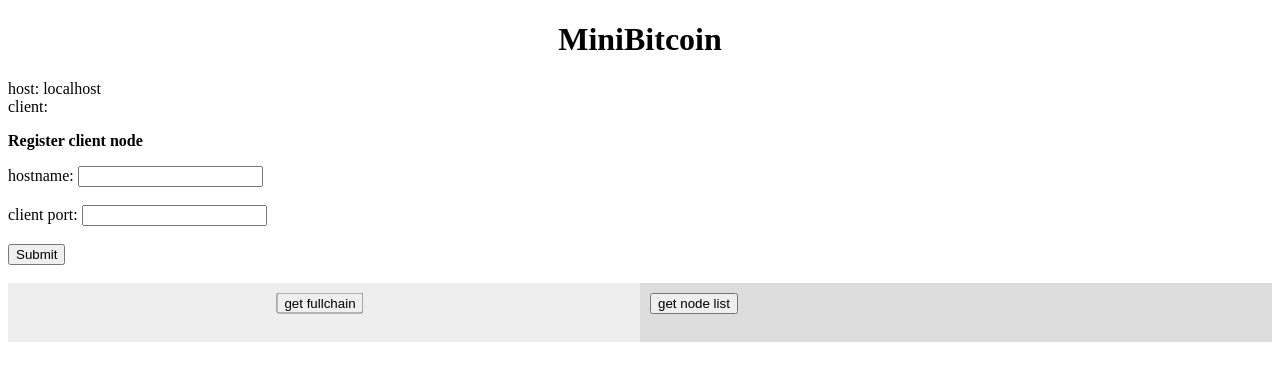
Repository: lam4562311/Minibitcoin
Page: http://localhost/
The author's editor kept a copy of each file at every save. The page is drawn from the files as they stood at one save, then again after the next save.
The browser window is 1280 px wide. The pictures show the whole page.
Some web libraries are served in a nearby version. The page is served by the project's application, run on Flask 3 (bitcoin-5003.py).

Above is the page before, as saved 2022-04-09 17:11:08.

### templates/homepage.html
<!DOCTYPE html>
<html>
<head>
    <style>
        .center {
          margin:10px 0px 10px 0px;
          position: absolute;
          left: 25%;
          -ms-transform: translate(-50%, -50%);
          transform: translate(-50%, -50%);
        }

        /* Create two equal columns that floats next to each other */
        .column {
            flex: 50%;
            padding: 10px;
        }

        /* Clear floats after the columns */
        .row {
            display: flex;
        </style>
</head>
    <body>

        <h1><center> MiniBitcoin </center></h1>
        <span> host:</span>
        <span id="hostname_span"></span><br>
        <span>client:</span>
        <span id="client_id_span"></span><br>
        <p><strong>Register client node</strong><br>
        </p>
        <form  method="post" id="Register_form">
            <label for="hostname">hostname:</label>
            <input type="text" id="node" name="node"><br><br>
            <label for="port">client port:</label>
            <input type="text" id="com_port" name="com_port"><br><br>
            <input type="submit" value="Submit" id="form_submit">
        </form>
        <span id="register_node_span"></span>
        <br>
        <div class="row">
            <div class="column" style="background-color:#EEEEEE">
                    <div class="center">
                        <button id="get_chain_bt">get fullchain</button>
                    </div>
                <br>
                <span id="fullchain_span"></span>
                <br>
            </div>
            <div class="column" style="background-color:#DDDDDD">

                        <button id="get_node_bt">get node list</button>

                <br>
                <span id="node_list_span"></span>
                <br>
            </div>
        </div>
    <script src="//ajax.googleapis.com/ajax/libs/jquery/1.9.1/jquery.min.js"></script>
    <script src="{{url_for("static", filename="index.js")}}"></script>
    </body>
</html>

### bitcoin-5003.py
from operator import contains
import wx
from bitcoinclass import Transaction,Wallet,Block,Blockchain
from flask import Flask, jsonify, request, render_template, redirect, url_for, send_file
from urllib.parse import urlparse
import json
import re
import requests
import io
import logging
app = Flask(__name__)

#Flask API
@app.route('/new_transaction', methods=['POST'])
def new_transaction():
    values = request.form

    # Check that the required fields are in the PoST'ed data
    required = ['recipient_address', 'amount']
    if not all(k in values for k in required):
        return 'Missing values', 400

    #Create a new Transaction
    transaction = Transaction(myWallet.identity, values['recipient_address'], values[ 'amount'])
    transaction.add_signature(myWallet.sign_transaction(transaction))
    transaction_result = blockchain.add_new_transaction(transaction)

    if transaction_result:
        response = { 'message': 'Transaction will be added to Block'}
        return jsonify(response), 201
    else:
        response = {'message': 'Invalid Transaction!'}
        return jsonify(response), 406

@app.route( '/get_transactions' , methods=[ 'GET'])
def get_transactions():
    #Get transactions from transactions pool
    transactions = blockchain.unconfirmed_transactions
    response = {'transactions' : transactions}
    return jsonify(response), 200

@app.route('/chain', methods=['GET'])
def last_ten_blocks():
    response = {
        'chain' : blockchain.chain[-10:],
        'length': len(blockchain.chain),
    }
    return jsonify(response), 200


@app.route('/fullchain', methods=['GET'])
def full_chain():
    response = {
    'chain' : json.dumps(blockchain.chain),
    'length' : len(blockchain.chain),
    }
    return jsonify (response), 200

@app.route('/get_nodes', methods=['GET'])
def get_nodes():
    nodes = list(blockchain.nodes)
    response = {'nodes' : nodes}
    return jsonify(response), 200

@app.route('/register_node', methods=['POST'])
def register_node():
    values = request.form
    node = values.get('node')
    com_port = values.get('com_port')
    if node is None and com_port is None:
        return "Error: Please supply a valid list of nodes", 400
    if com_port is not None:
        blockchain.register_node(request.remote_addr + ":" + com_port)
        node = request.remote_addr + ":" + com_port
        app.logger.warning(node)
    else:
        blockchain.register_node(node)
    node_list = requests.get('http://' + node + '/get_nodes')
    if node_list.status_code == 200:
        node_list = node_list.json()['nodes']
        for node in node_list:
            blockchain.register_node( node)

    for new_nodes in blockchain.nodes:
        requests.post( 'http://' + new_nodes + '/register_node' , data={'com_port':str(port)})

    replaced = blockchain.consensus()
    if replaced:
        app.logger.warning('replaced')
        response ={
        'message' : 'Longer authoritative chain found from peers, replacing ours' ,
        'total_nodes ' : [node for node in blockchain.nodes]}
    else:
        response ={
        'message': 'New nodes have been added,but our chain is authoritative',
        'total_nodes' : [node for node in blockchain.nodes]
    }
    return jsonify(response), 201

@app.route('/consensus', methods=['GET'])
def consensus():
    replaced = blockchain.consensus()
    if replaced:
        app.logger.info('replaced')
        response = {
            'message' : 'our chain was replaced',
        }
    else:
        app.logger.info('not replaced')
        response = {
        'message ' : 'our chain is authoritative',
        }
    return jsonify(response), 200

@app.route('/mine', methods=[ 'GET'])
def mine():
    blockchain.boardcast_transactions(request.host)

    newblock = blockchain.mine(myWallet)
    for node in blockchain.nodes:
        ans = requests.get('http://' + node + '/consensus')
        app.logger.info(ans)
    response = {
        'index' : newblock.index,
        'transactions' : newblock.transactions,
        'timestamp' : newblock.timestamp,
        'nonce' : newblock.nonce,
        'hash' : newblock.hash,
        'previous_hash' : newblock.previous_hash
    }
    return jsonify( response), 200

@app.route('/import_key', methods=['POST'])
def import_key():
    f = request.files['file']
    blob = f.read()
    myWallet.import_key(blob)
    return 'key imported successfully'

@app.route('/export_key', methods=['GET'])
def export_key():
    blob = myWallet.export_key()
    return send_file(
        io.BytesIO(blob),
        mimetype='application/octet-stream',
        as_attachment = True,
        attachment_filename = "keyfile")

@app.route('/get_status', methods=['GET'])
def get_status():
    response ={
        'public_key' : myWallet.identity,
        'balance': blockchain.get_balance(myWallet.identity)
    }
    return jsonify(response),200

@app.route('/update_balance', methods=['PUT'])
def update_balance():
    myWallet.balance = blockchain.get_balance(myWallet.identity)
    response = {'message': 'Balance updated'}
    return jsonify(response), 200

@app.route('/sync_transactions', methods=['GET'])
def sync_transactions():
    result = blockchain.boardcast_transactions(request.host)
    if result:
        response = {
            'message': 'Synchronized Transactions'
        }
    else:
        resonse = {'message': 'False'}
    return jsonify(resonse), 200

@app.route('/')
def index():
    return render_template('homepage.html')

if __name__ == '__main__':
    myWallet = Wallet()
    blockchain = Blockchain()
    port = 5003
    app.logger.setLevel(logging.DEBUG)
    app.run(host='127.0.0.1', port=port, debug = True)

### static/index.js
let get_chain_bt = document.querySelector("#get_chain_bt");
let get_node_bt = document.querySelector("#get_node_bt");

let full_chain_span = document.querySelector("#fullchain_span")
let full_node_span = document.querySelector("#node_list_span")
let hostname_span = document.querySelector("#hostname_span")
let client_id_span = document.querySelector("#client_id_span")
let register_node_span = document.querySelector("#register_node_span")
let Register_node_submit_listener = document.getElementById("Register_form").addEventListener("submit", formSubmit);

hostname_span.innerHTML = window.location.hostname;
client_id_span.innerHTML = window.location.port;

function get_full_chain(){
    $.ajax({
        type: "GET",
        contentType: "application/json; charset=utf-8",
        url:"/fullchain",
        dataType: "json",
        success: (data) => {
            full_chain_span.innerHTML = JSON.stringify(data);
        }
    });
    querystring = window.location.search;
}

function get_node_list(){
    $.ajax(
        {
            type: "GET",
            contentType: "application/json; charset: utf-8",
            url:"/get_nodes",
            dataType: "json",
            success: (data) => {
                full_node_span.innerHTML = JSON.stringify(data);
            }
        }
    )
}

function formSubmit(event) {
    event.preventDefault();
    $.ajax({
        url : "/register_node",
        type: 'post',
        data:$('#Register_form').serialize(),
        statusCode: {
            201: function(response) {
                register_node_span.innerHTML = JSON.stringify(response);
        },
        200: function(response) {
            alert(JSON.stringify(response.messages));
            register_node_span.innerHTML = "Total ndoe: "+JSON.stringify(response.total_nodes);
        },
      statusCode: {
        400: function(response) {
            alert(JSON.stringify(response.messages));
            register_node_span.innerHTML = "Total ndoe: "+JSON.stringify(response.total_nodes);
        },
    }
}
    });
  }
$(get_chain_bt).click(()=>get_full_chain());
$(get_node_bt).click(()=>get_node_list());

After the next save:
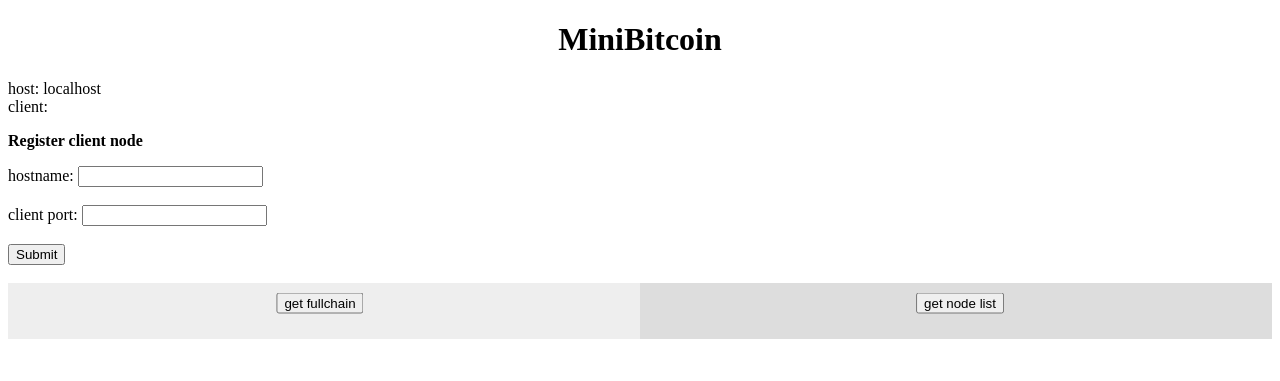
Saved 79 s later.
--- a/templates/homepage.html
+++ b/templates/homepage.html
@@ -49,9 +49,9 @@
                 <br>
             </div>
             <div class="column" style="background-color:#DDDDDD">
-
+                    <div class="center" style="left:75% !important">
                         <button id="get_node_bt">get node list</button>
-
+                    </div>
                 <br>
                 <span id="node_list_span"></span>
                 <br>
